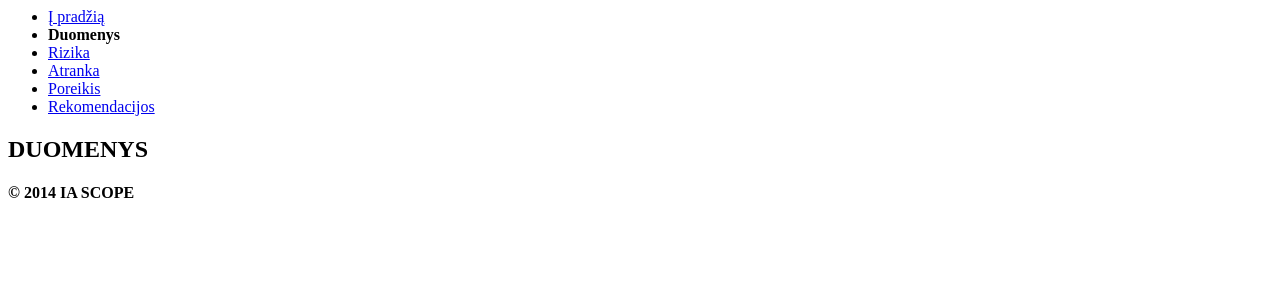
Repository: Skaidrius/InScope
Page: pages/data.html
The author's editor kept a record of every edit. The page is drawn from the files as they stood at one moment, then again after the next edit.
The browser window is 1280 px wide. The pictures show the whole page.

Above is the page before.
Console error (its wording comes from the project's code and is left out).

After the next edit:
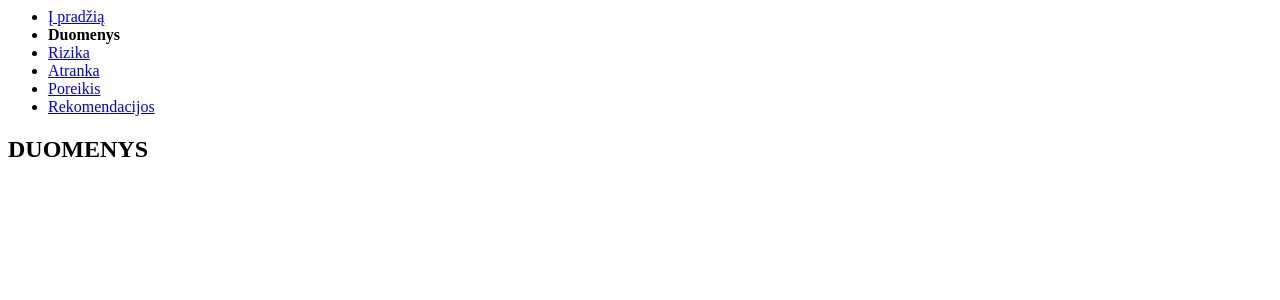
The error is gone.
The edit:
--- a/pages/data.html
+++ b/pages/data.html
@@ -13,13 +13,3 @@
     <div class="workspace">
       <h2>DUOMENYS</h2>
     </div>
-
-  <footer>
-    <h4>&copy 2014 IA SCOPE</h4>
-  </footer>
-
-  <script src="scripts/bootstrap.min.js"></script>
-
-  </body>
-
-</html>
